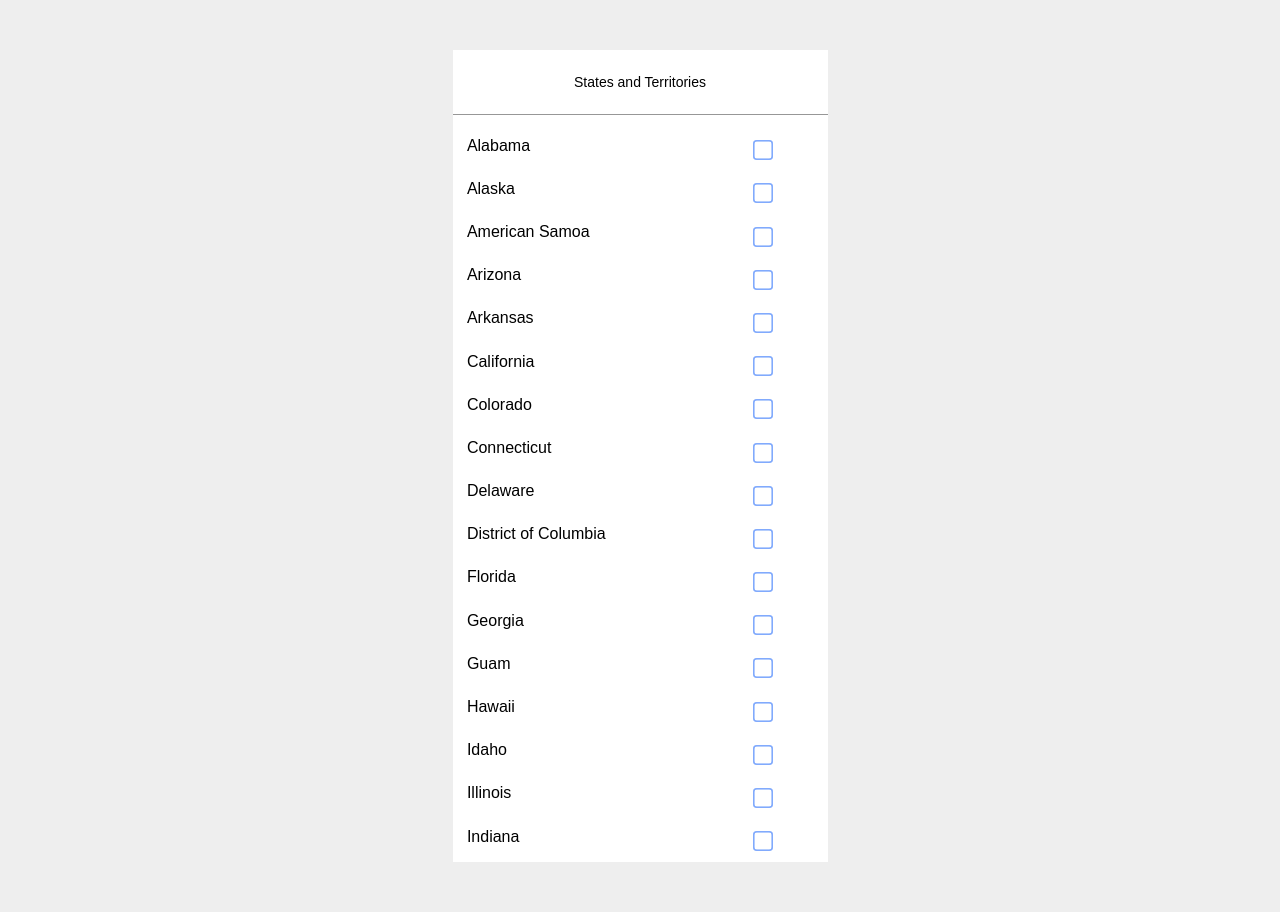
Repository: zitac234/codingTest
Page: /
The author's editor kept a copy of each file at every save. The page is drawn from the files as they stood at one save, then again after the next save.
The browser window is 1280 px wide. The pictures show the whole page.
The project was rebuilt for these pictures with package versions that can differ from the ones it lists, and the page was loaded fresh each time.

Above is the page before, as saved 2021-03-31 15:25:31.

### src/index.css
body {
  margin: 0;
  font-family: 'Arial', sans-serif;
  -webkit-font-smoothing: antialiased;
  -moz-osx-font-smoothing: grayscale;
  background-color: #eee;
}

### src/Header.js
import "./Header.css";

export function Header() {
  return (
    <header className="header">
      <span className="title">States and Territories</span>
    </header>
  );
}

### src/List.js
import { Fragment } from "react";
import { Checkbox } from "./Checkbox";
import "./List.css";
export function List(props) {
  return (
    <div className="list">
      {props.items.map((item) => (
        <Fragment key={item}>
          <div className='line'>
            <div className='state'>{item}</div><div className='checkbox'><Checkbox/></div><br />
          {/* You also have <Checkbox selected={false} /> */}
          </div>
          </Fragment>
      ))}
    </div>
  );
}

### src/_data.js
export const data = [
  "Alabama",
  "Alaska",
  "American Samoa",
  "Arizona",
  "Arkansas",
  "California",
  "Colorado",
  "Connecticut",
  "Delaware",
  "District of Columbia",
  "Florida",
  "Georgia",
  "Guam",
  "Hawaii",
  "Idaho",
  "Illinois",
  "Indiana",
  "Iowa",
  "Kansas",
  "Kentucky",
  "Louisiana",
  "Maine",
  "Maryland",
  "Massachusetts",
  "Michigan",
  "Minnesota",
  "Mississippi",
  "Missouri",
  "Montana",
  "Nebraska",
  "Nevada",
  "New Hampshire",
  "New Jersey",
  "New Mexico",
  "New York",
  "North Carolina",
  "North Dakota",
  "Northern Mariana Islands",
  "Ohio",
  "Oklahoma",
  "Oregon",
  "Pennsylvania",
  "Puerto Rico",
  "Rhode Island",
  "South Carolina",
  "South Dakota",
  "Tennessee",
  "Texas",
  "Utah",
  "Vermont",
  "Virgin Islands",
  "Virginia",
  "Washington",
  "West Virginia",
  "Wisconsin",
  "Wyoming"
]

### src/Header.css
.header {
  width: 100%;
  font-size: 14px;
  display: flex;
  border-bottom: 1px solid #979797;
}

.title {
  line-height: 24px;
  margin: 20px auto;
}

### src/Checkbox.js
import selected from "./Checkbox-Filled.svg";
import unselected from "./Checkbox-Empty.svg";

export function Checkbox(props) {
  return (
    <img
      width={20}
      height={20}
      src={props.selected ? selected : unselected}
      alt={`Checkbox ${selected ? "selected" : "unselected"}`}
    />
  );
}

### src/List.css
.list {
  flex: 1;
  overflow: auto;
}
.line{
  height: 3vh;
  margin-top: 3vh;
  border-bottom: 1px gra;
}
.checkbox{
  margin-left: 80%;
  margin-top: -2vh;
}
.state{
  margin-left: 2vh;
}

Loaded but not shown: public/index.html (common file); src/index.js (common file); src/App.js (common file); src/App.css (common file)

After the next save:
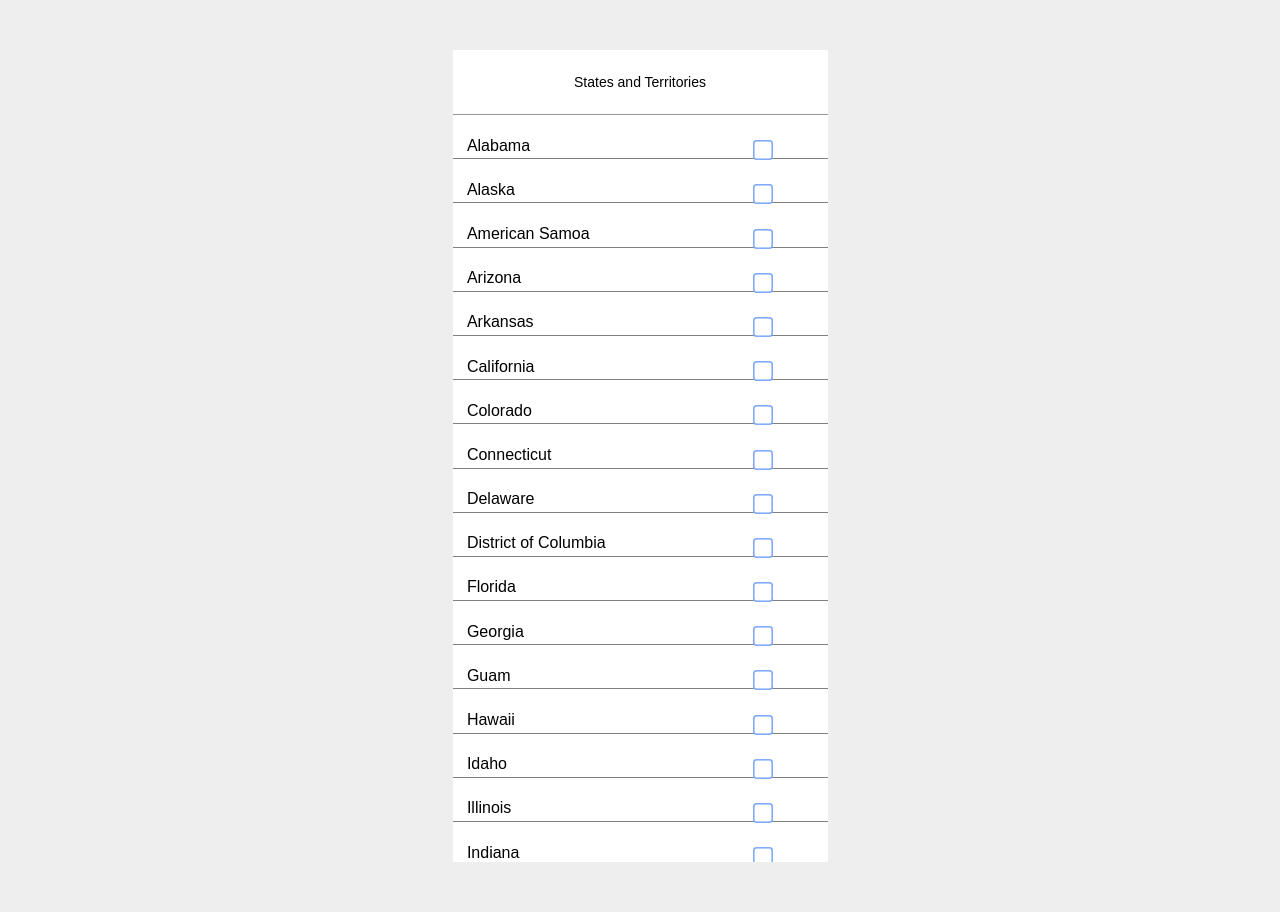
Saved 7 s later.
--- a/src/List.css
+++ b/src/List.css
@@ -5,7 +5,7 @@
 .line{
   height: 3vh;
   margin-top: 3vh;
-  border-bottom: 1px gra;
+  border-bottom: 1px solid gray;
 }
 .checkbox{
   margin-left: 80%;
